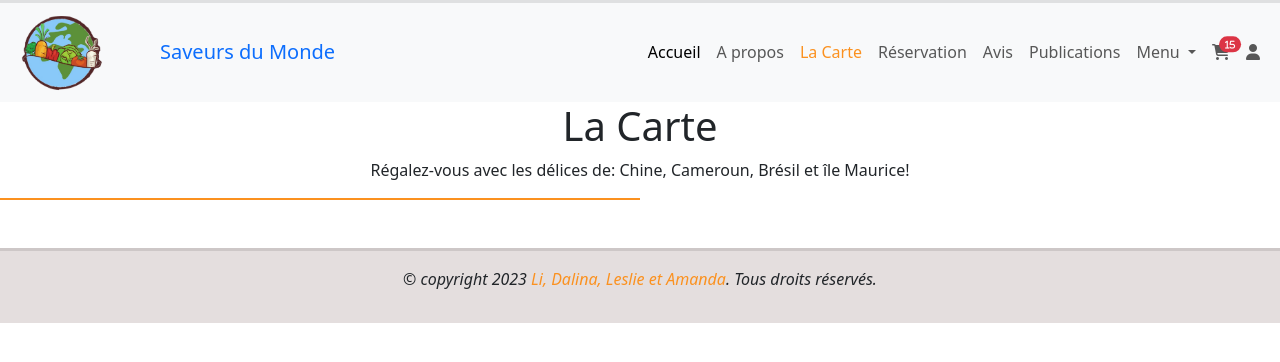
Repository: LI8538/saveur-du-monde
Page: templates/subscription/index.html.twig
These files come from the project's save history. The page is drawn as it stood at one moment and after the next save; the edit follows.
The browser window is 1280 px wide. The pictures show the whole page.
The page is a Twig template of a Symfony application; nobody is signed in and links lead nowhere. The template is opened directly, without the code that normally fills it, so the values that code supplies are empty.

Above is the page before, as saved 2023-09-06 15:20:05.

After the next save:
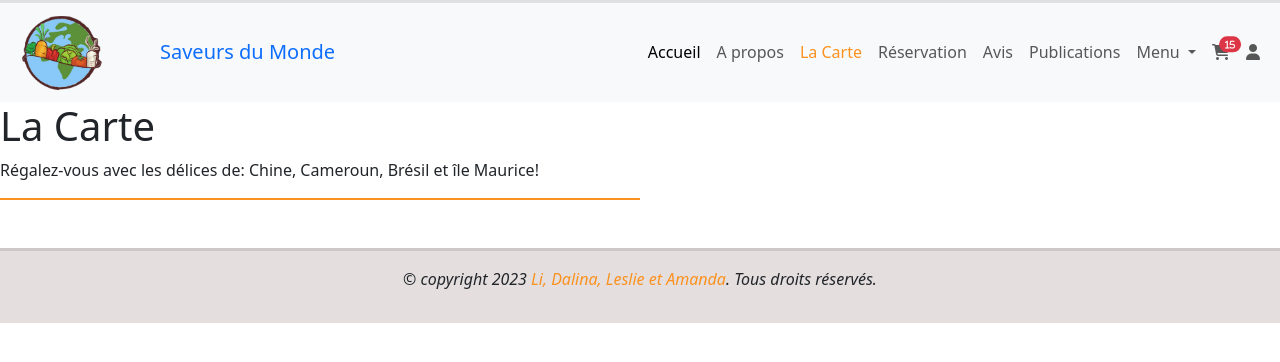
Saved 39 s later.
--- a/templates/subscription/index.html.twig
+++ b/templates/subscription/index.html.twig
@@ -3,12 +3,7 @@
 {% block title %}Espace d'abonnement{% endblock %}
 
 {% block body %}
-<style>
 
-    div{
-        text-align:center;
-    }
-</style>
 <div class="d-flex flex-column justify-content-center">
 
  <h1>La Carte</h1>
